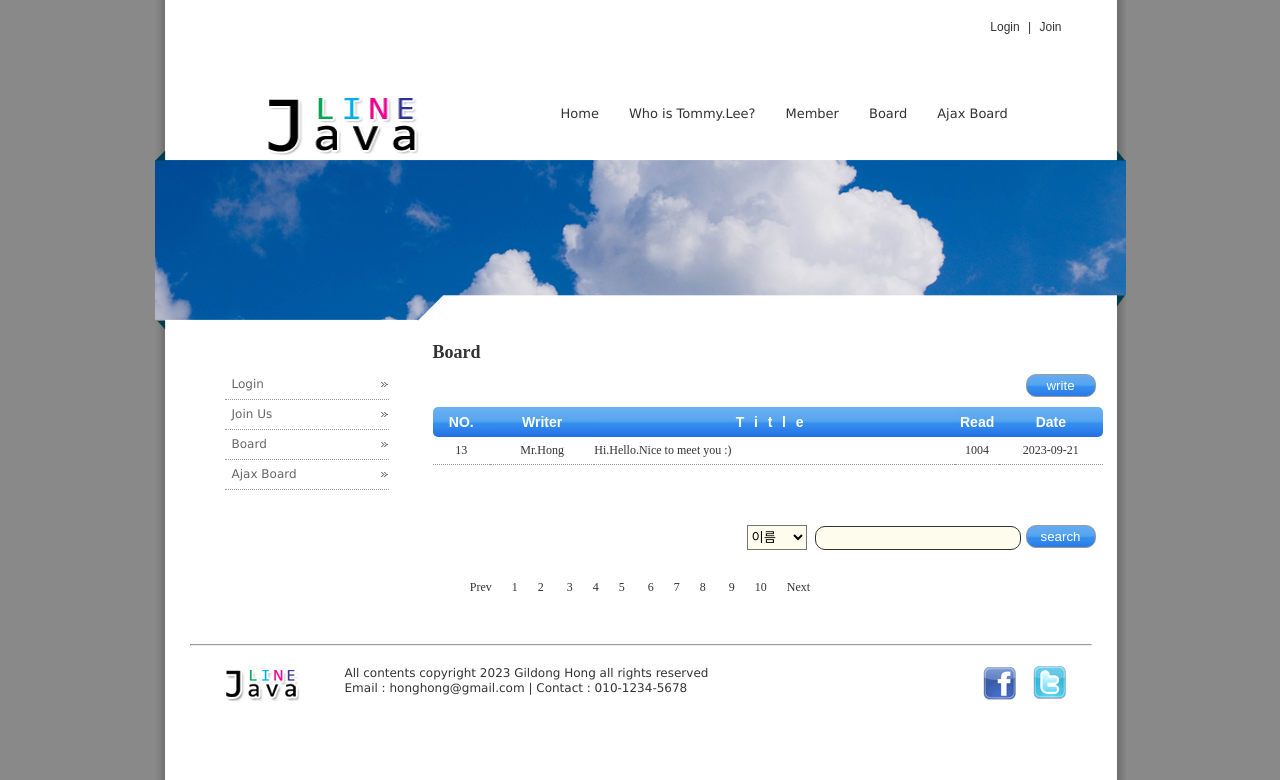
Repository: JIYEON25/model
Page: model1/myJSP/myHTML/src/main/webapp/mainpage.html
The author's editor kept a copy of each file at every save. The page is drawn from the files as they stood at one save, then again after the next save.
The browser window is 1280 px wide. The pictures show the whole page.

Above is the page before, as saved 2023-09-20 11:58:36.

### model1/myJSP/myHTML/src/main/webapp/mainpage.html
<!DOCTYPE html>
<html>
<head>
	<meta charset="UTF-8">
	<title>페이지의 전체구조</title>
	<link href="css/main.css" type="text/css" rel="stylesheet" >
	<link href="css/subpage.css" type="text/css" rel="stylesheet" >
	<script type="text/javascript">
		function check() {
			if (document.find_frm.find_box.value == "") {
				alert("검색어를 입력해 주세요");
				return false;
			}
		}
	</script>
</head>
<body>
	<div id="warp">
	<header>
		<div id="login"><a href="#">Login</a> | <a href="#">Join</a></div>
 		<div class="clear"></div>
		<div id="logo">
			<img src="images/logo.png" width="285" height="62" alt="Javaline Web">
		</div>
		<nav id="top_menu">
			<ul>
				<li><a href="#">Home</a></li>
				<li><a href="#">Who is Tommy.Lee?</a></li>
				<li><a href="#">Member</a></li>
				<li><a href="#">Board</a></li>
				<li><a href="#">Ajax Board</a></li>
			</ul>
		</nav>
	</header>
	<div id="sub_img">
	</div>
	<nav id="sub_menu">
		<ul>
			<li><a href="#">Login</a>
			<li><a href="#">Join Us</a>
			<li><a href="#">Board</a>
			<li><a href="#">Ajax Board</a>
		</ul>
	</nav>
		<article id="contents">
			<h1>Board</h1>
			<input type="button" value="write" class="btn"/>
			<table id="board">
				<tr>
					<th class="tno">NO.</th>
					<th class="twriter">Writer</th>
					<th class="ttitle">Title</th>
					<th class="tread">Read</th>
					<th class="tdate">Date</th>
				</tr>
				<tr>
					<td>13</td>
					<td>Mr.Hong</td>
					<td class="left">Hi.Hello.Nice to meet you :)</td>
					<td>1004</td>
					<td>2023-09-21</td>
				</tr>
			</table>
			<div class="clear"></div>
			<form method="post" name="find_frm" action="#" onsubmit="return check()">
				<div id="table_search">
					<select class="select_box" name="find" size="1">
						<option value="writer">이름</option>
						<option value="subject">제목</option>
						<option value="content">내용</option>
					</select> <input type="text" class="input_box" name="find_box" /> <input
						type="submit" value="search" class="btn"/>
				</div>
			</form>
			<div class="clear"></div>
			<div id="page_control">
				<a href="#">Prev</a><a href="#">1</a><a href="#">2</a> <a href="#">3</a><a
					href="#">4</a><a href="#">5</a> <a href="#">6</a><a href="#">7</a><a
					href="#">8</a> <a href="#">9</a><a href="#">10</a><a href="#">Next</a>
			</div>
		</article>
	<footer>
	 	<hr>
		<div id="copy">
		All contents copyright 2023 Gildong Hong all rights reserved<br>
		Email : honghong@gmail.com | Contact : 010-1234-5678
		</div>
		<div id="social">
		<img src="images/facebook.gif" width="33" height="33" alt="Facdebook">
		<img src="images/twitter.gif" width="33" height="34" alt="Twitter">
		</div>
	</footer>
	</div>
</body>
</html>

### model1/myJSP/myHTML/src/main/webapp/css/main.css
@charset "UTF-8";

body {
	background-color: #898989;		/*바탕 색*/
	margin: 0;						/*간격 없앰*/
	padding: 0;
	font-size: 0.75em;				/*글씨 크기*/
	line-height: 1.2em;				/*문단 사이 간격*/
	color: #333;					/*색상*/
}

#warp {
	width: 971px; /*각 웹페이지의 크기에 맞게 사이즈 조정*/
	text-align: left;
	margin: 0;
	margin-right: auto;
	margin-left: auto;
	background-image: url(../images/shadow.png);
	background-repeat: repeat-y;
	min-height: 780px;
}

/* 로고 부분의 값을 상단 60, 40 픽셀 위치로 잡음 */
#logo {
	float: left;
	width: 265px;
	margin: 60px 0 0 40px;
}

/* 페더 높이 */
header {
	height: 151px;
}

.clear {
	clear: both;
}

nav#top_menu {
	width: 600px;		/*전체메뉴 사이즈*/
	margin: 50px 20px 0 0;
	float: right;			/*오른쪽에 배치*/
}

nav#top_menu ul {
	list-style: none;
	font-family: Verdana, Geneva, sans-serif;
	font-size: 13px;
	font-weight: 100;
	color: #333;
}

nav#top_menu ul li {
	float: left;
	margin: 0 5px;
}

nav#top_menu a {
	display: block;
	height: 20px;
	padding: 10px;
	text-decoration: none;
	color: #333;
}

nav#top_menu a:hover {
	background-image: url(../images/blue.gif);
	background-repeat: repeat-x;
	background-position: bottom;
}

#login {
	float: right;
	margin: 20px 64px 0 0;
	font-family: Arial, Helvetica, sans-serif;
	font-size: 12px;
	word-spacing: 5px;
}

#login a {
	text-decoration: none;
	color: #333;
}

#login a:hover {
	color: #F90;
}

footer {
	margin: 50px 0 0 0;
	height: 80px;
	background-image: url(../images/under_logo.png);
	background-repeat: no-repeat;
	background-position: 40px center;
}

footer hr {
	width: 900px;
	margin: 0 0 0 35px;
}

footer #copy {
	font-family: Verdana, Geneva, sans-serif;
	width: 450px;
	margin: 20px 0 0 190px;
	float: left;
}

footer #social {
	width: 130px;
	margin: 20px 20px 0 0;
	float: right;
}

footer #social img {
	margin: 0 7px;
}

#sub_img {
	width: 971px;
	height: 179px;
	background-image: url(../images/sub_back.png);
	background-repeat: no-repeat;
	background-position: left top;
}

#sub_menu {
	width: 238px;
	float: left;
	margin: 20px;
	font-family: Verdana, Geneva, sans-serif;
	font-size: 1em;
}

#sub_menu ul {
	margin: 20px 0 0 10px;
	list-style: none;
}

#sub_menu a {
	text-decoration: none;
	color: #666;
	display: block;
	height: 15px;
	width: 150px;
	padding: 7px;
	border-bottom-width: 1px;
	border-bottom-style: dotted;
	border-bottom-color: #999;
	background-image: url(../images/bullet.gif);
	background-repeat: no-repeat;
	background-position: right center;
}

#sub_menu a:hover {
	background-image: url(../images/bullet_orange.gif);
	background-repeat: no-repeat;
	background-position: right center;
	color: #F90;
}

### model1/myJSP/myHTML/src/main/webapp/css/subpage.css
@charset "UTF-8";

article table#board {
	width: 670px;
	border-collapse: collapse;
}

article table#board th {
	text-align: center;
	height: 20px; 									/* 전체 높이를 지정 */
	text-transform: capitalize; 					/* 영문 첫글자를 대문자로 */
	font-size: 14px; 								/* 글꼴 사이즈 지정 */
	font-family: sans-serif, "맑은 고딕", "돋움";	/* 글꼴 모양 지정 */
	font-weight: bold; 								/* 글꼴 두께 지정 */
	padding: 5px; 									/* 글꼴과 전체 셀과의 간격 미세 조정 */
	background-repeat: repeat-x;
	background-position: center center;
	background-image: url(../images/t_back.jpg); 	/* 배경 지정 */
	color: #FFF; 									/* 글꼴 색 지정 */
}

article table#board td {
	text-align: center;
	padding: 6px 0;
	border-bottom-width: 1px;
	border-bottom-style: dotted;
	border-bottom-color: #999;
}

article table#board td.left {
	text-align: left;
}

article th.tno {
	border-top-left-radius: 5px;
	border-bottom-left-radius: 5px;
	width: 50px;
}

article th.twriter {
	width: 100px;
}

article th.ttitle {
	width: 380px;
	letter-spacing: 0.7em;
}

article th.tread {
	width: 30px;
}

article th.tdate {
	border-top-right-radius: 5px;
	border-bottom-right-radius: 5px;
	width: 100px;
}

article #table_search {
	margin: 15px 0 10px 0;
	float: right;
}

#table_search .select_box {
	height: 25px;
	width: 60px;
	background-color: #FEFDED;
}

#table_search .input_box {
	height: 20px;
	width: 200px;
	border: 1px solid #333;
	margin: 0 0 0 5px;
	border-radius: 10px;
	background-color: #FEFDED;
}

#table_search .btn {
	padding: 2px;
	margin: 0 30px 0 5px; /* 검색 입력창과의 간격을 벌어지게 한다 */
	width: 70px;
	height: 23px;
	border-radius: 10px;
	border: 1px solid #999;
	color: #FFF;
	background-image: url(../images/t_back.jpg);
	background-repeat: repeat-x;
	background-position: center center;
}

#page_control {
	text-align: center;
	margin: 20px 0 0 0px;
	margin-right: auto;
	margin-left: auto;
}

#page_control a {
	padding: 2px 5px;
	text-decoration: none;
	color: #333;
	margin: 0 5px;
}

#page_control a:hover {
	font-weight: bold;
	color: #F90;
	text-decoration: underline;
}

article table#board tr:hover {
	background-color: #EEFDFF;
	cursor: pointer;
	cursor: hand;
}

article .btn {
	padding: 2px;
	margin: 0 30px 10px 5px;
	width: 70px;
	height: 23px;
	border-radius: 10px;
	border: 1px solid #999;
	color: #FFF;
	background-image: url(../images/t_back.jpg);
	background-repeat: repeat-x;
	background-position: center center;
	float: right;
}

After the next save:
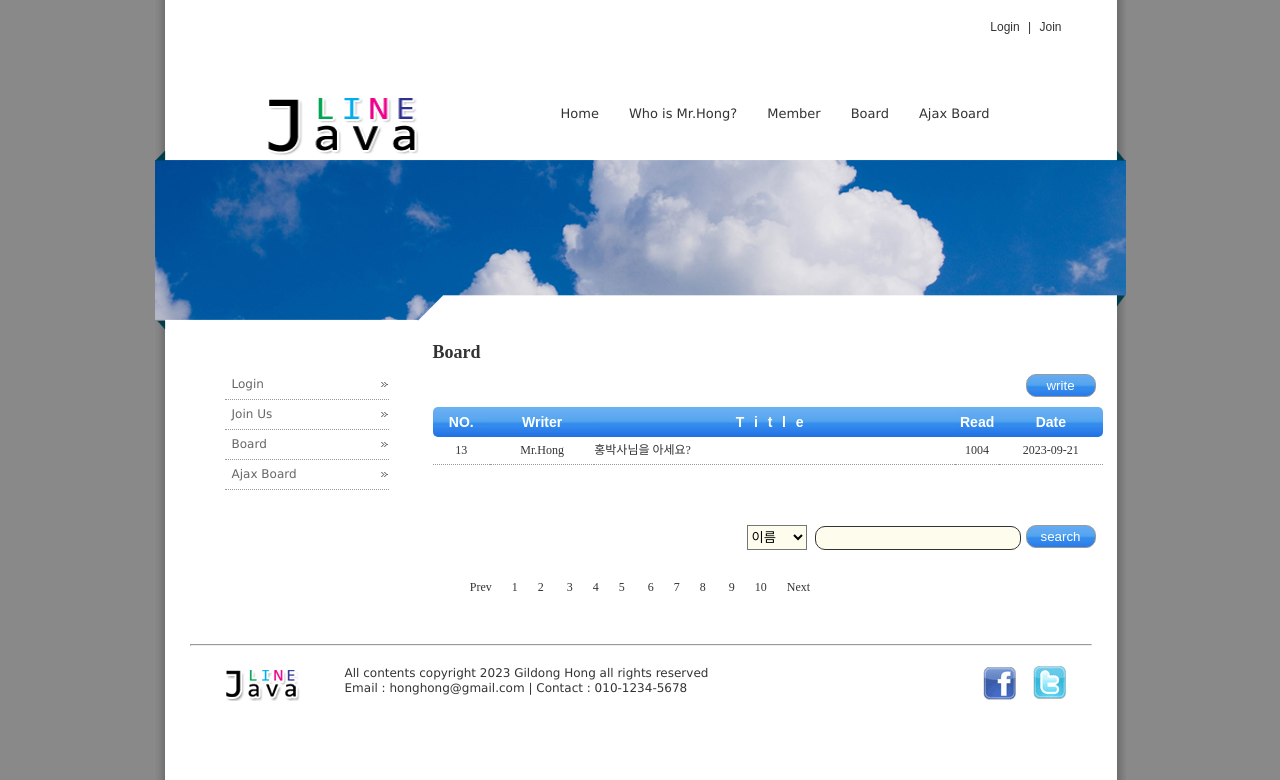
Saved 14 min 6 s later.
--- a/model1/myJSP/myHTML/src/main/webapp/mainpage.html
+++ b/model1/myJSP/myHTML/src/main/webapp/mainpage.html
@@ -25,7 +25,7 @@
 		<nav id="top_menu">
 			<ul>
 				<li><a href="#">Home</a></li>
-				<li><a href="#">Who is Tommy.Lee?</a></li>
+				<li><a href="#">Who is Mr.Hong?</a></li>
 				<li><a href="#">Member</a></li>
 				<li><a href="#">Board</a></li>
 				<li><a href="#">Ajax Board</a></li>
@@ -56,7 +56,7 @@
 				<tr>
 					<td>13</td>
 					<td>Mr.Hong</td>
-					<td class="left">Hi.Hello.Nice to meet you :)</td>
+					<td class="left">홍박사님을 아세요?</td>
 					<td>1004</td>
 					<td>2023-09-21</td>
 				</tr>
